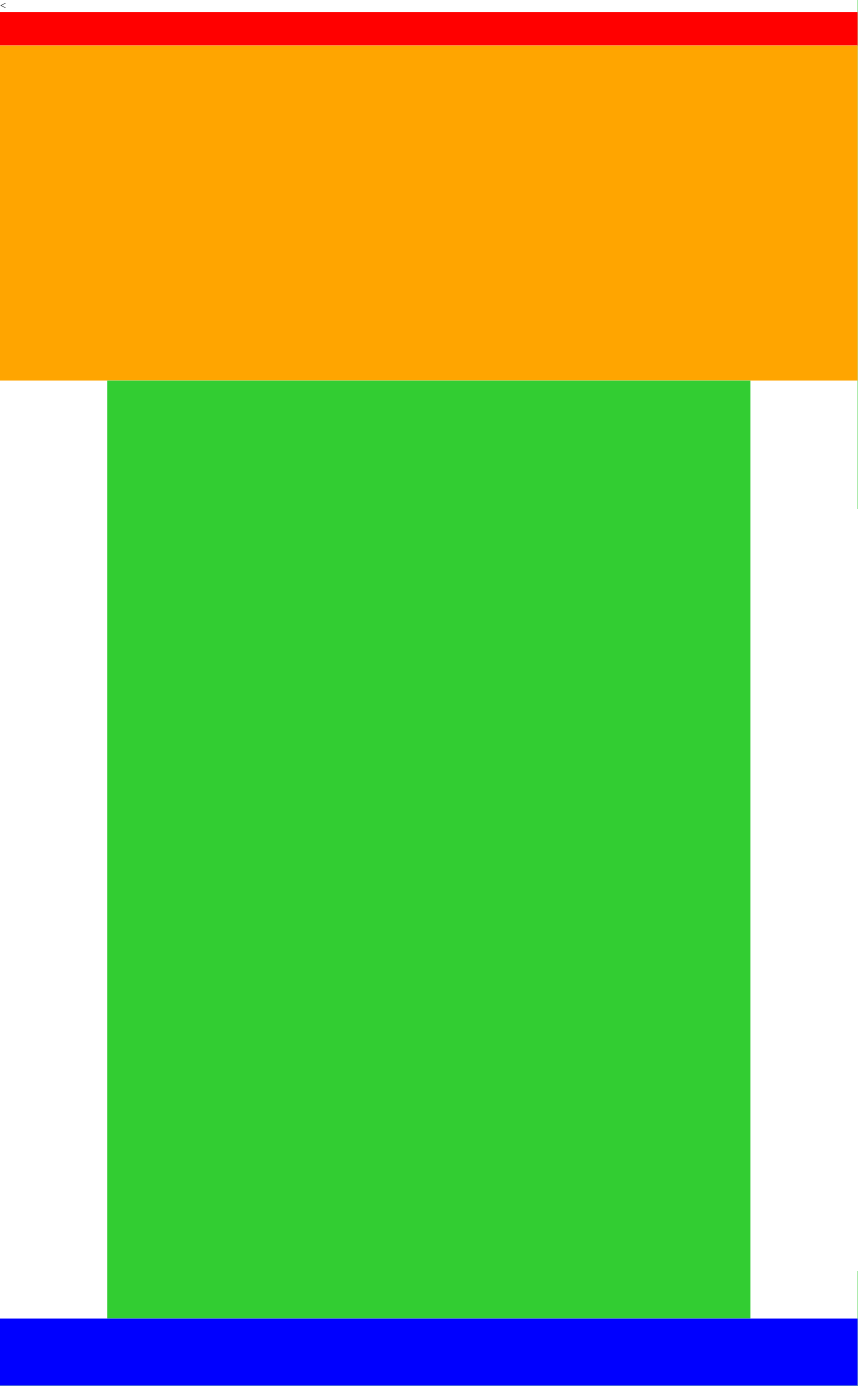
Repository: menyuu/test-html-CSS-practice
Page: exercise/chapter4_exercise.html
The author's editor kept a record of every edit. The page is drawn from the files as they stood at one moment, then again after the next edit.
The browser window is 1280 px wide. The pictures show the whole page, at 67% of full size.

Above is the page before.

After the next edit:
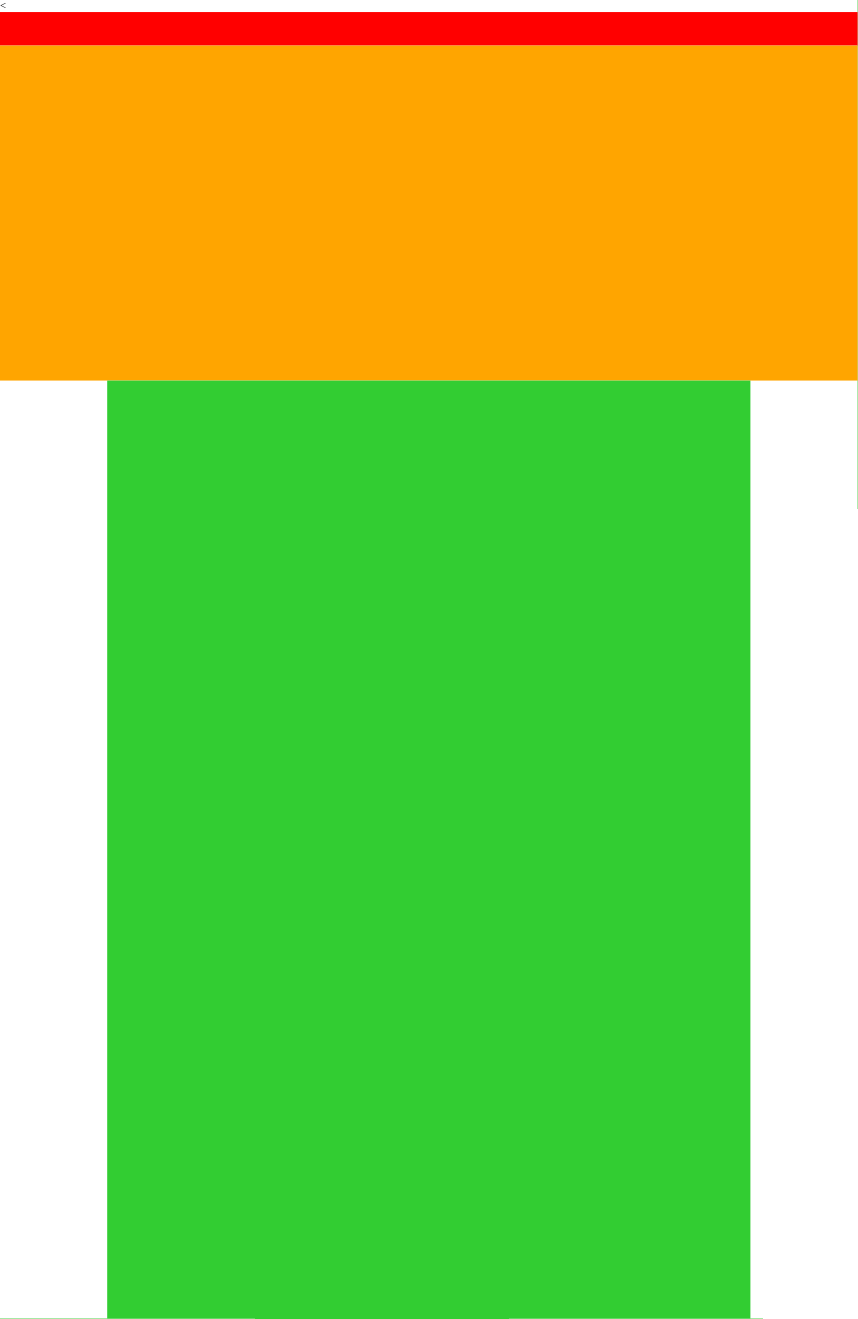
The edit:
--- a/exercise/style4.css
+++ b/exercise/style4.css
@@ -29,6 +29,8 @@
   background-color: green;
 }
 
+.main-child2
+
 .footer {
   width: 100%;
   height: 100px;

After the 2 edits that followed:
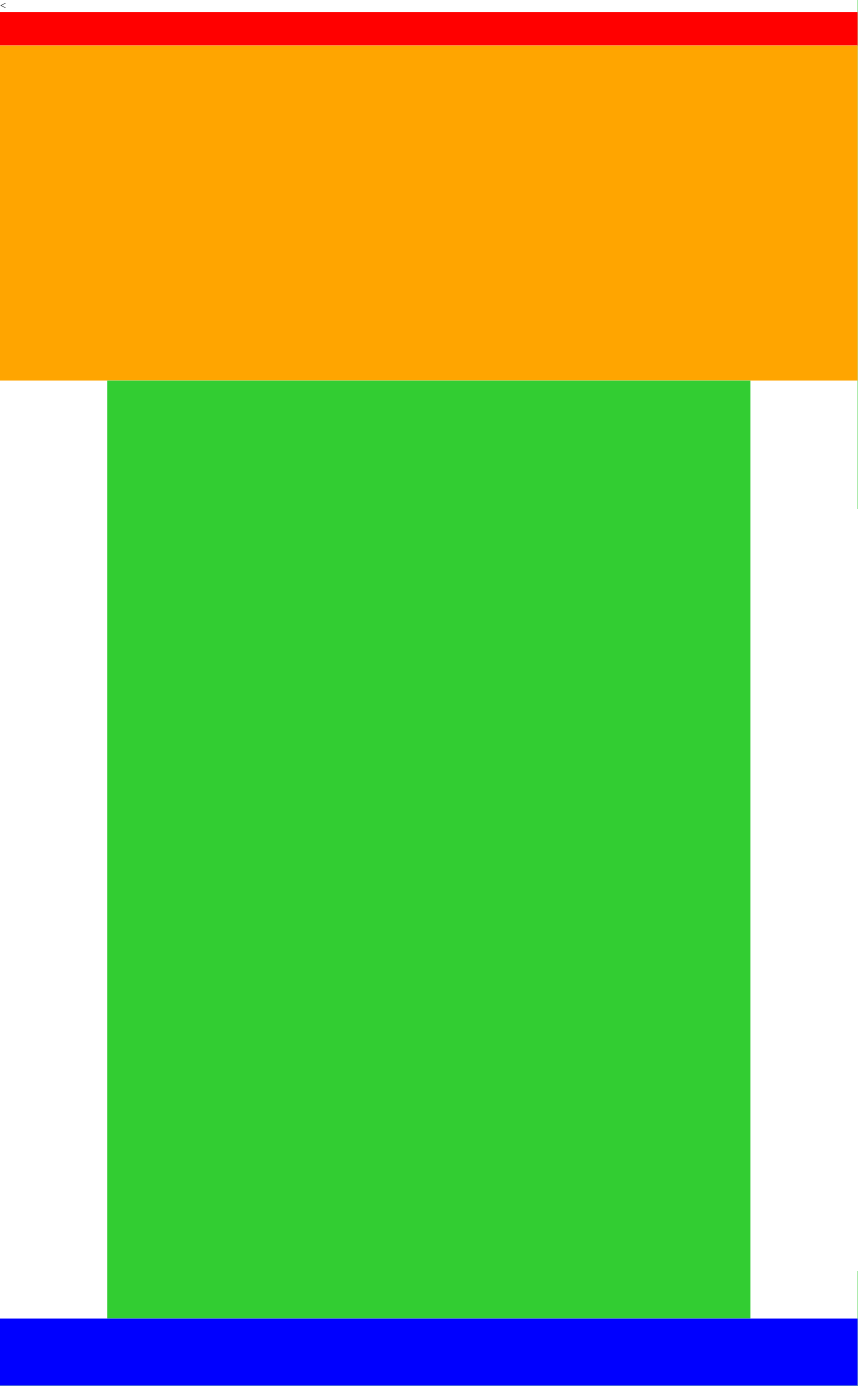
The 2 edits are shown as one change because 1 left the picture as it was.
The edit:
--- a/exercise/style4.css
+++ b/exercise/style4.css
@@ -23,13 +23,11 @@
   margin: 0 auto;
 }
 
-.main-child1 {
+.main-child2 {
   width: 500px;
   height: 1400px;
   background-color: green;
 }
-
-.main-child2
 
 .footer {
   width: 100%;
